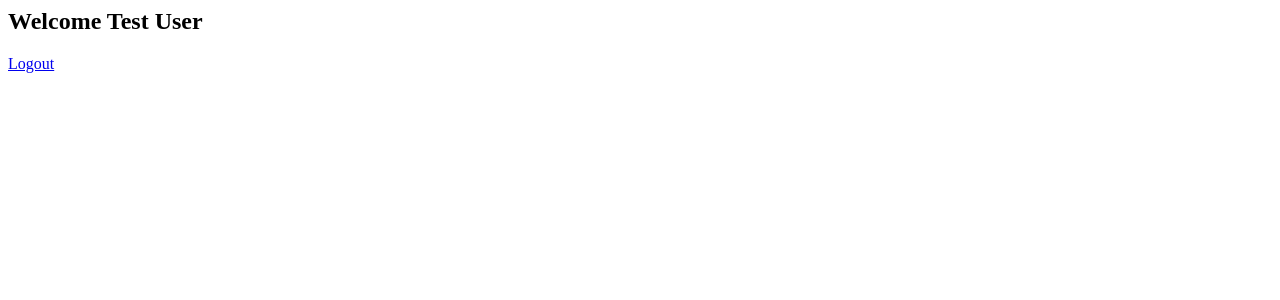
Repository: Atharva-1512/online-voting-system
Page: http://localhost/voter/dashboard.php
The author's editor kept a copy of each file at every save. The page is drawn from the files as they stood at one save, then again after the next save.
The browser window is 1280 px wide. The pictures show the whole page.
The page is run by PHP 8.4 with error messages shown; the project is at /var/www/html/. The session is filled in as if someone had signed in: {"voter_id": 1, "voter_name": "Test User"}. Other server files are loaded and not shown.

Above is the page before, as saved 2026-03-02 10:16:49.

### voter/dashboard.php
<?php
session_start();

if(!isset($_SESSION['voter_id'])){
    header("Location: login.php");
    exit();
}
?>

<h2>Welcome <?php echo $_SESSION['voter_name']; ?></h2>

<a href="logout.php">Logout</a>

After the next save:
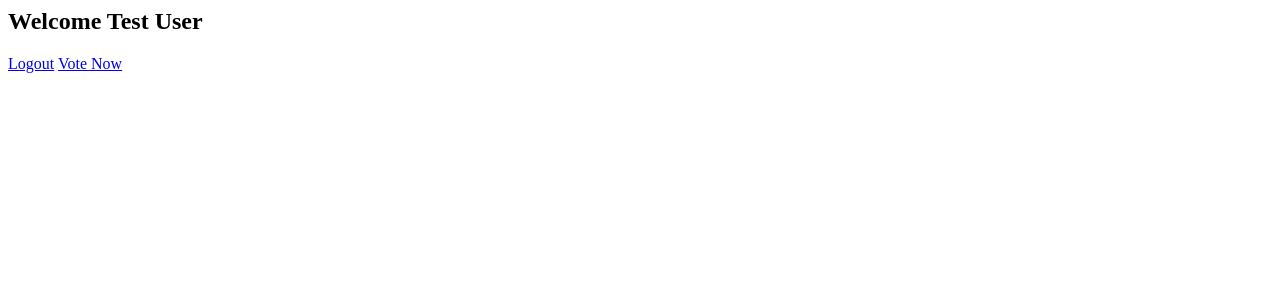
Saved 38 s later.
--- a/voter/dashboard.php
+++ b/voter/dashboard.php
@@ -10,3 +10,5 @@ if(!isset($_SESSION['voter_id'])){
 <h2>Welcome <?php echo $_SESSION['voter_name']; ?></h2>
 
 <a href="logout.php">Logout</a>
+
+<a href="vote.php">Vote Now</a><br><br>
